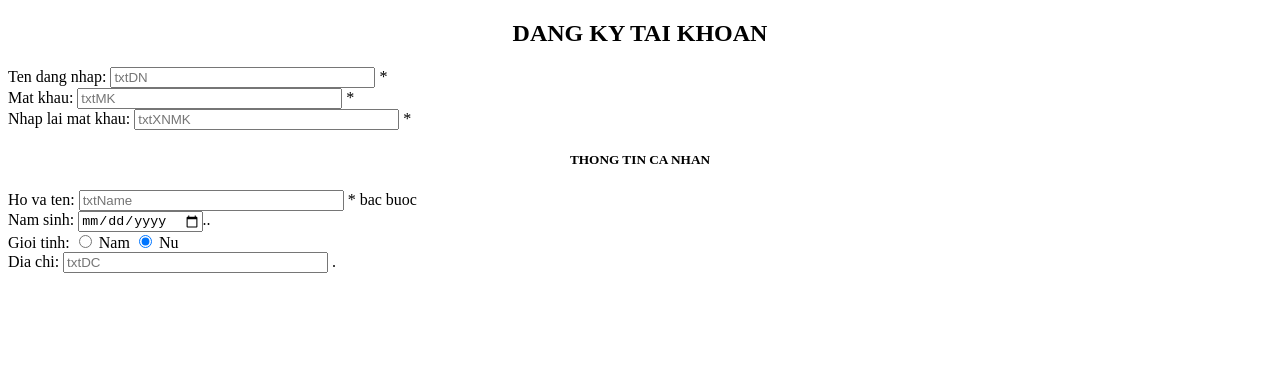
Repository: NguyenThiKimNgocc/20025251_NguyenThiKimNgoc_Web_Nhom1
Page: Tuan 05/html/index.html
An editor plug-in stored every save of this project. The page is shown before and after the next save, followed by the edit.
The browser window is 1280 px wide. The pictures show the whole page.

Above is the page before, as saved 2022-03-16 13:43:44.

After the next save:
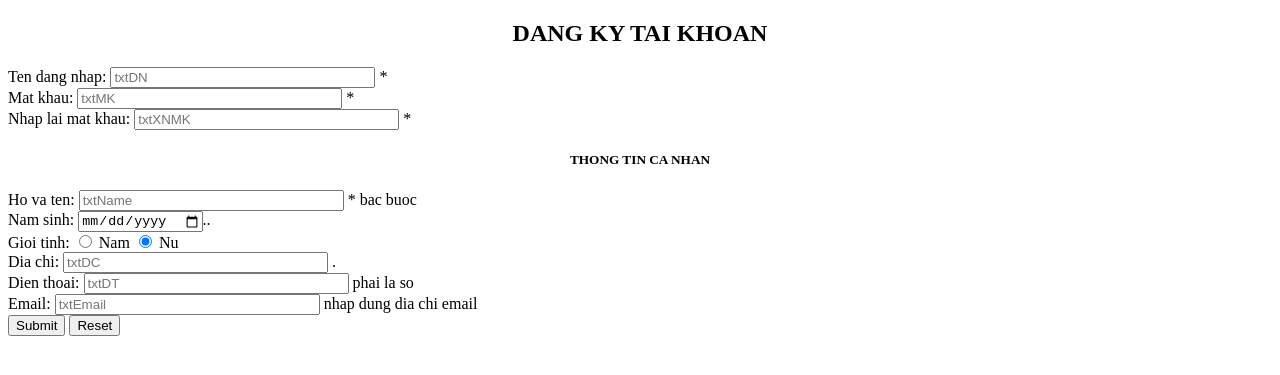
Saved 4 min 31 s later.
--- a/Tuan 05/html/index.html
+++ b/Tuan 05/html/index.html
@@ -51,5 +51,18 @@
         <label for="txtDC" class="title">Dia chi: </label>
         <input type="text" name="txtDC" id="txtDC" size="30" placeholder="txtDC" /><span id="diachi"> . </span>
     </div>
+    <div>
+        <label for="txtDT" class="title">Dien thoai: </label>
+        <input type="text" name="txtDT" id="txtDT" size="30" placeholder="txtDT" /><span id="dienthoai"> phai la so </span>
+    </div>
+    <div>
+        <label for="txtEmail" class="title">Email: </label>
+        <input type="email" name="txtEmail" id="txtEmail" size="30" placeholder="txtEmail" /><span id="emial"> nhap dung dia chi email </span>
+    </div>
+
+    <div class="submit">
+        <input type="submit" name="Dang ky" id="submit">
+        <input type="reset" name="Huy" id="submit">
+    </div>
 </body>
 </html>
